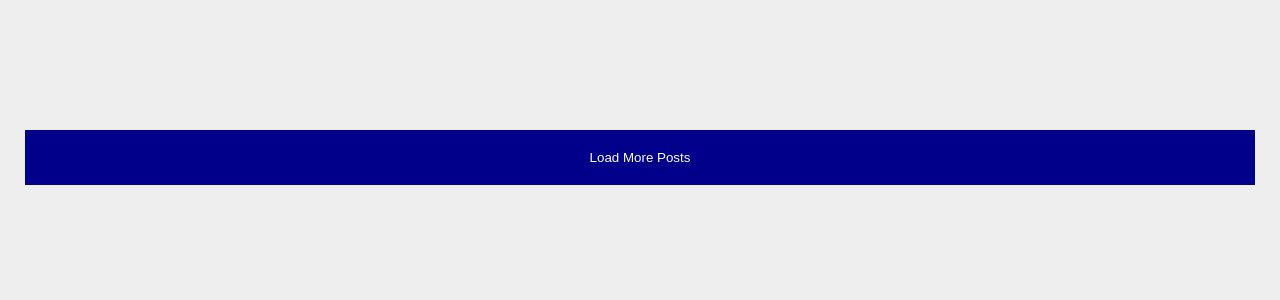
Repository: anderfmelo/temp-repo
Page: /
The author's editor kept a copy of each file at every save. The page is drawn from the files as they stood at one save, then again after the next save.
The browser window is 1280 px wide. The pictures show the whole page.
The pointer rests on the first visible `button`.
The page's requests for data from a server got no answer. The project was rebuilt for these pictures with package versions that can differ from the ones it lists, and the page was loaded fresh each time. No one was signed in, and anything a server would have sent is missing. Also part of the build but not shown: src/components/PostCard/styles.css, src/components/PostCard/index.jsx.

Above is the page before, as saved 2022-04-20 11:52:37.

After the next save:
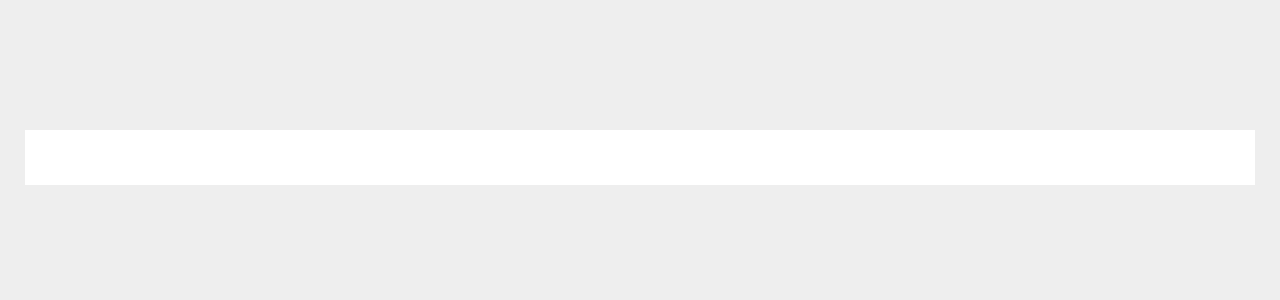
Saved 115 s later.
--- a/src/components/Button/styles.css
+++ b/src/components/Button/styles.css
@@ -8,5 +8,5 @@
 }
 
 button:hover{
-    transform: translate(white);
+    background: white;
 }
